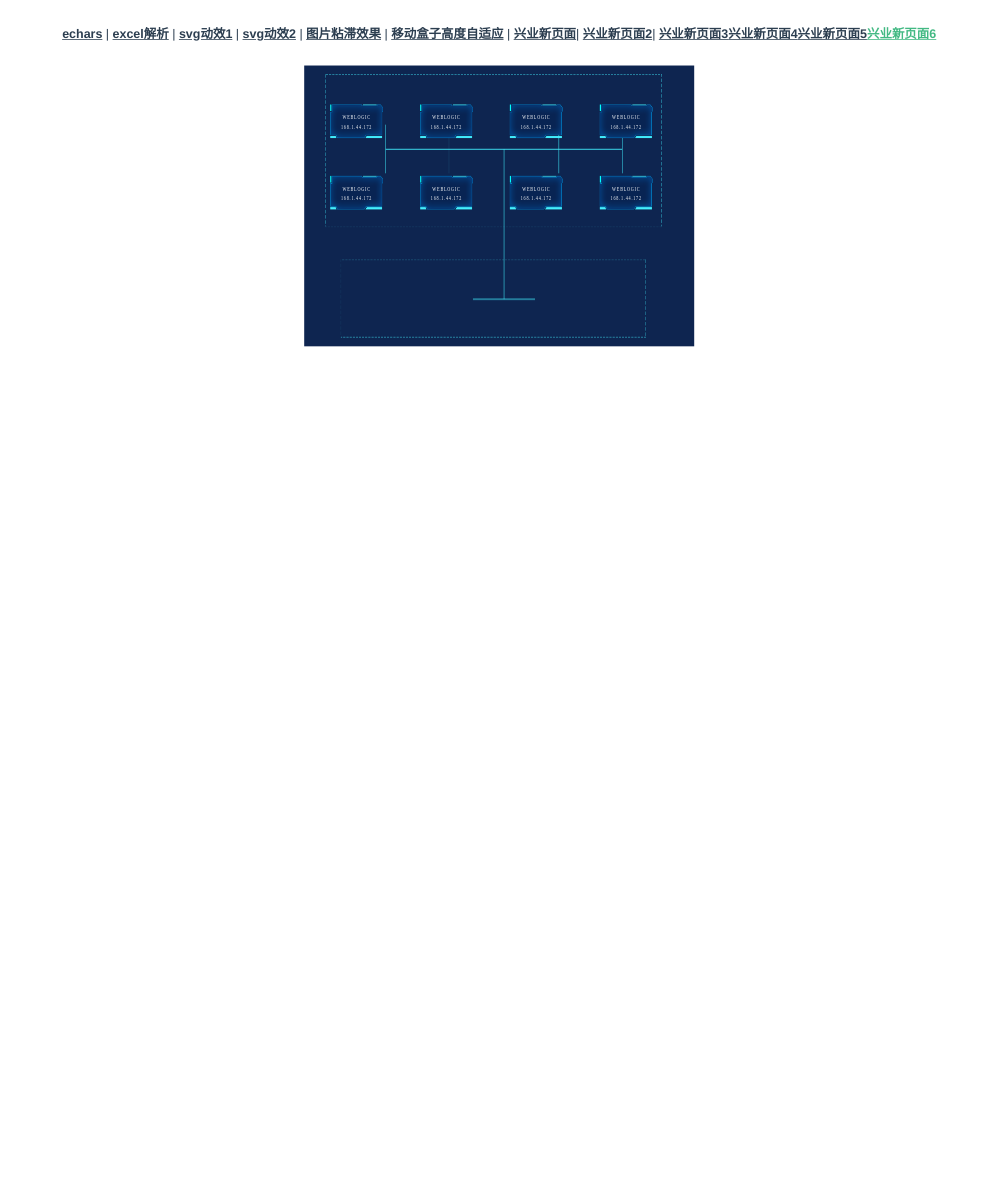
Repository: dmj199811/animation-dmj
Page: /#/work-page8
The author's editor kept a copy of each file at every save. The page is drawn from the files as they stood at one save, then again after the next save.
The browser window is 1280 px wide. The pictures show the whole page, at 78% of full size.
The project was rebuilt for these pictures with package versions that can differ from the ones it lists, and the page was loaded fresh each time.

Above is the page before, as saved 2020-07-03 18:05:43.

After the next save:
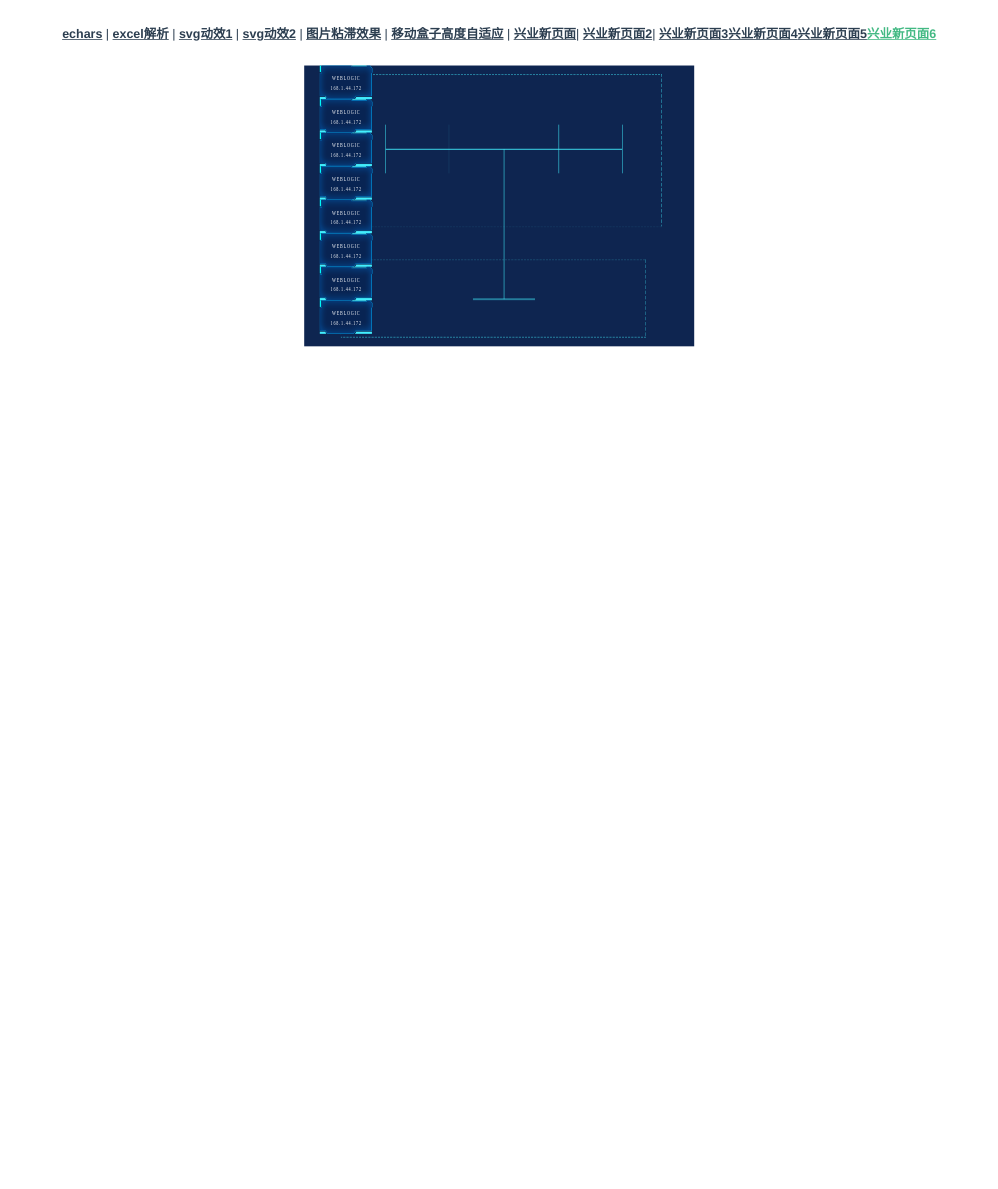
Saved 87 s later.
--- a/src/views/newPage6/index.vue
+++ b/src/views/newPage6/index.vue
@@ -123,12 +123,7 @@ export default {
   // background-color: #e9e9;
   width: 100%;
   height: 100%;
-  display: flex;
-  justify-content: space-between;
-  flex-wrap: wrap;
-  position: absolute;
-  top: 100px;
-  left: 40px;
+
 }
 
 .use-box-top-item {
